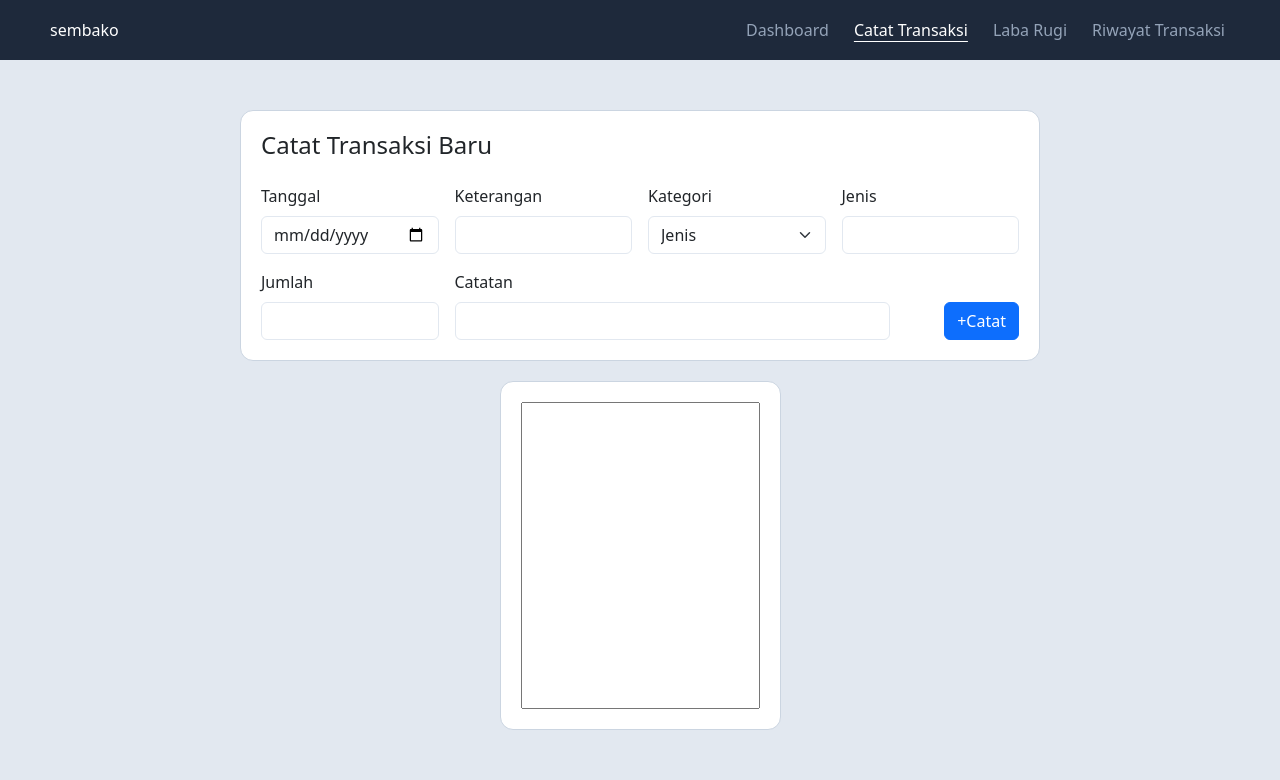
Repository: musdalifahzahra/Projek-Akhir-PWD-2026
Page: http://localhost/3-catat-transaksi.php
These files come from the project's save history. The page is drawn as it stood at one moment and after the next save; the edit follows.
The browser window is 1280 px wide. The pictures show the whole page.
The page is run by PHP 8.4 with error messages shown; the project is at /var/www/html/.

Above is the page before, as saved 2026-04-10 17:35:09.

After the next save:
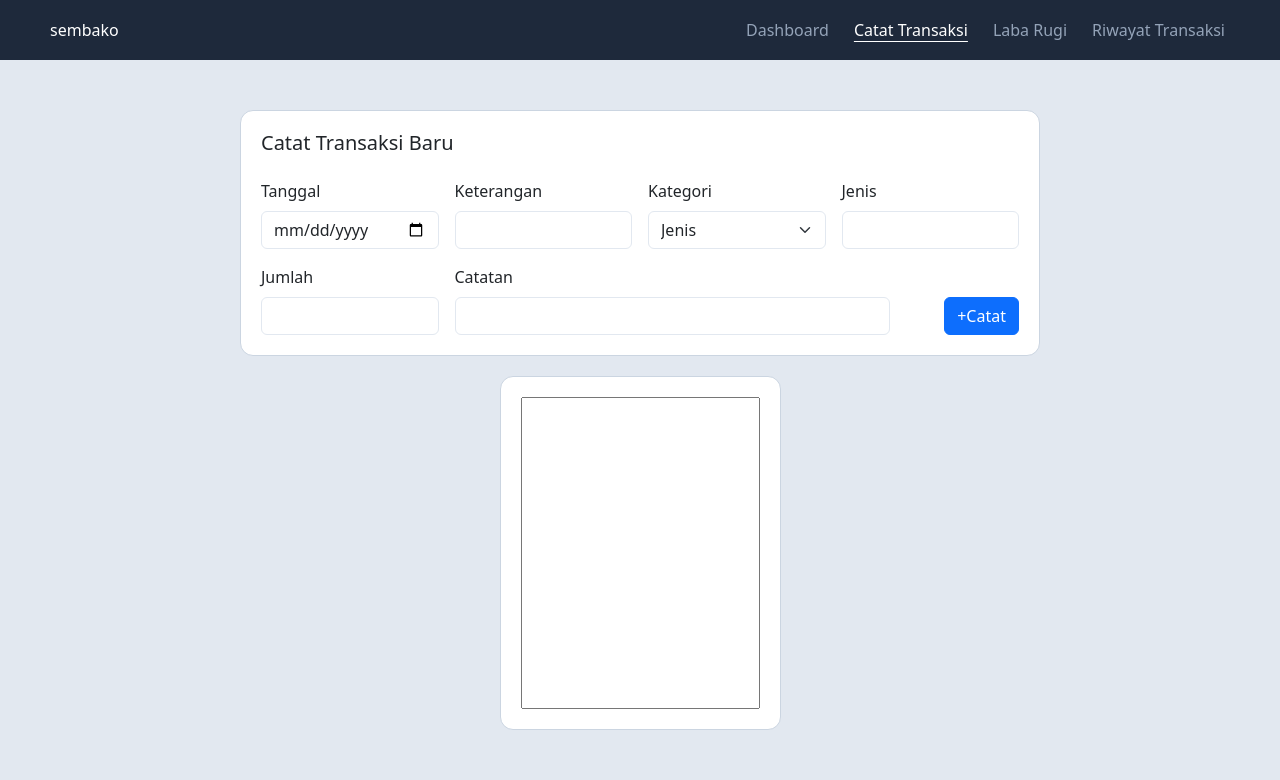
Saved 13 s later.
--- a/3-catat-transaksi.php
+++ b/3-catat-transaksi.php
@@ -29,7 +29,7 @@
         <!-- input transaksi -->
         <div class="input-transaksi template">
             <form class="row g-3">
-                <h4>Catat Transaksi Baru</h4><br>
+                <h5>Catat Transaksi Baru</h5><br>
                 <!-- tanggal -->
                 <div class="col-md-3">
                     <label for="tanggal" class="form-label">Tanggal</label>
